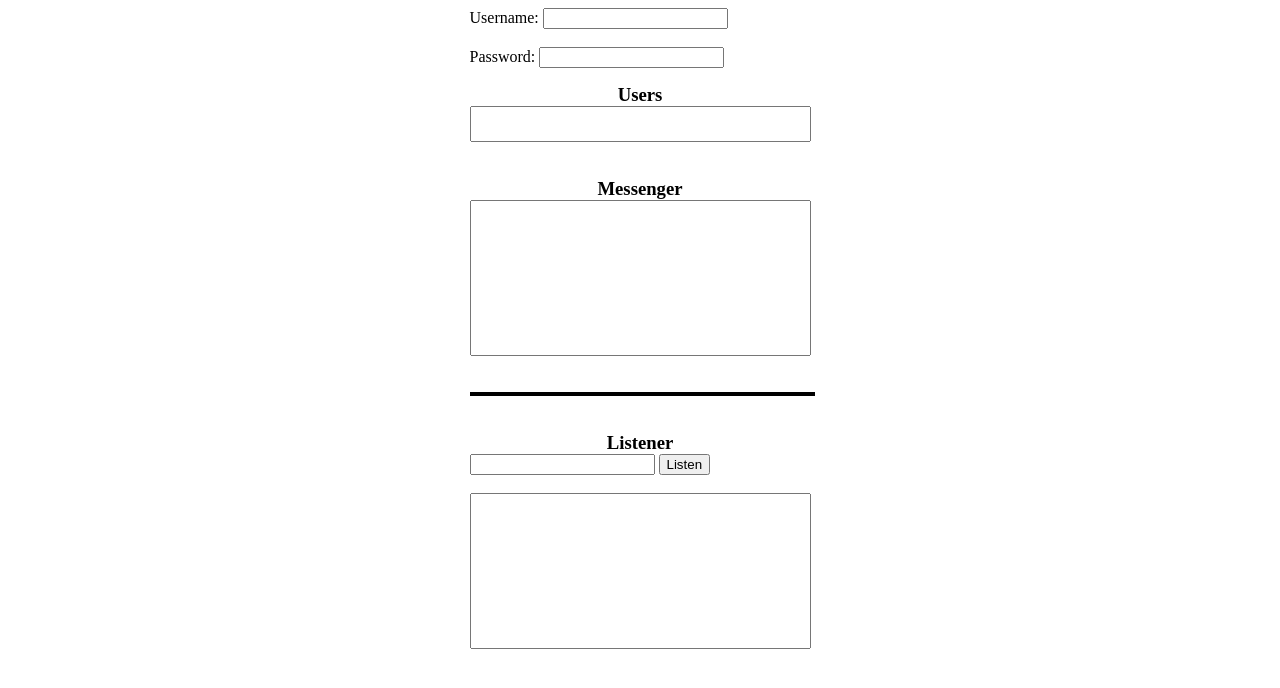
Repository: hosua/it-202
Page: http://localhost/
These files come from the project's save history. The page is drawn as it stood at one moment and after the next save; the edit follows.
The browser window is 1280 px wide. The pictures show the whole page.
Some web libraries are served in a nearby version. The page is run by PHP 8.4 with error messages shown; the project is at /var/www/html/. Queries for data that is not in the repository find no rows.

Above is the page before, as saved 2022-12-03 16:45:57.

After the next save:
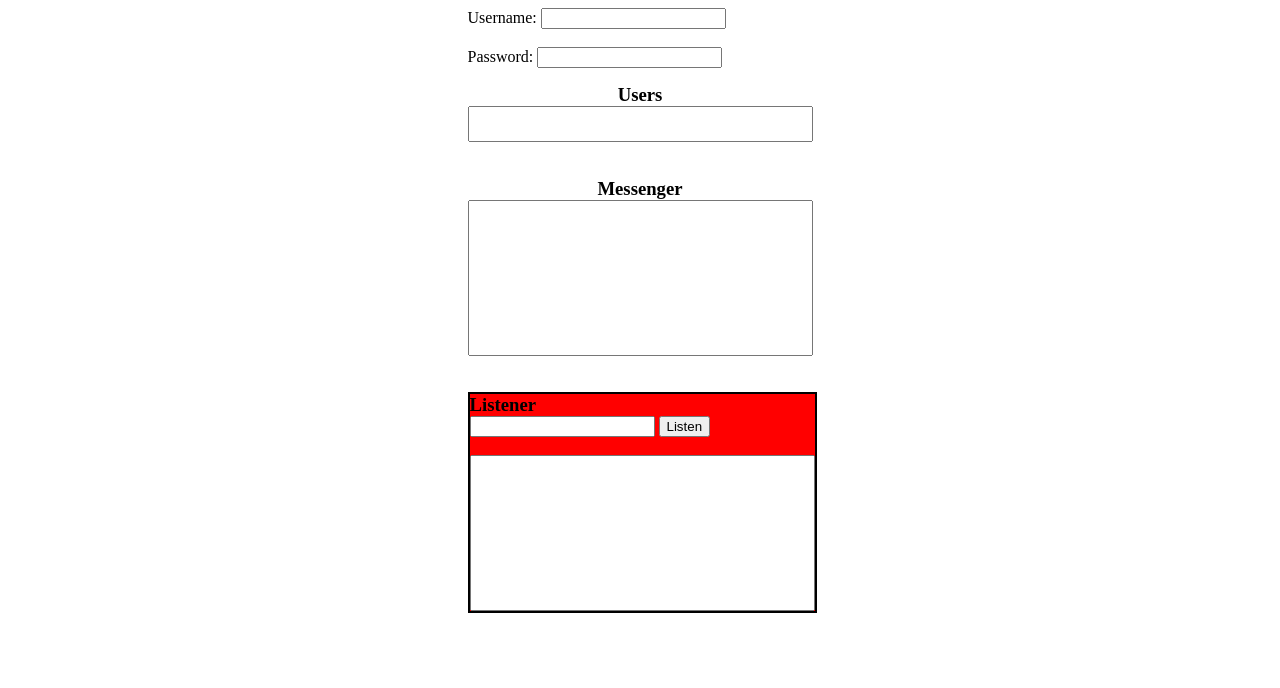
Saved 36 s later.
--- a/assign5/index.php
+++ b/assign5/index.php
@@ -39,9 +39,7 @@
 </textarea>
     <br> <br>
     <span class=warning id=warning>
-<?php
-    // error message here if user fails to login
-?>
+    <!-- error message here if user fails to login ->
     </span>
     <br> <br>
     <!-- Listener -->

After the save that followed:
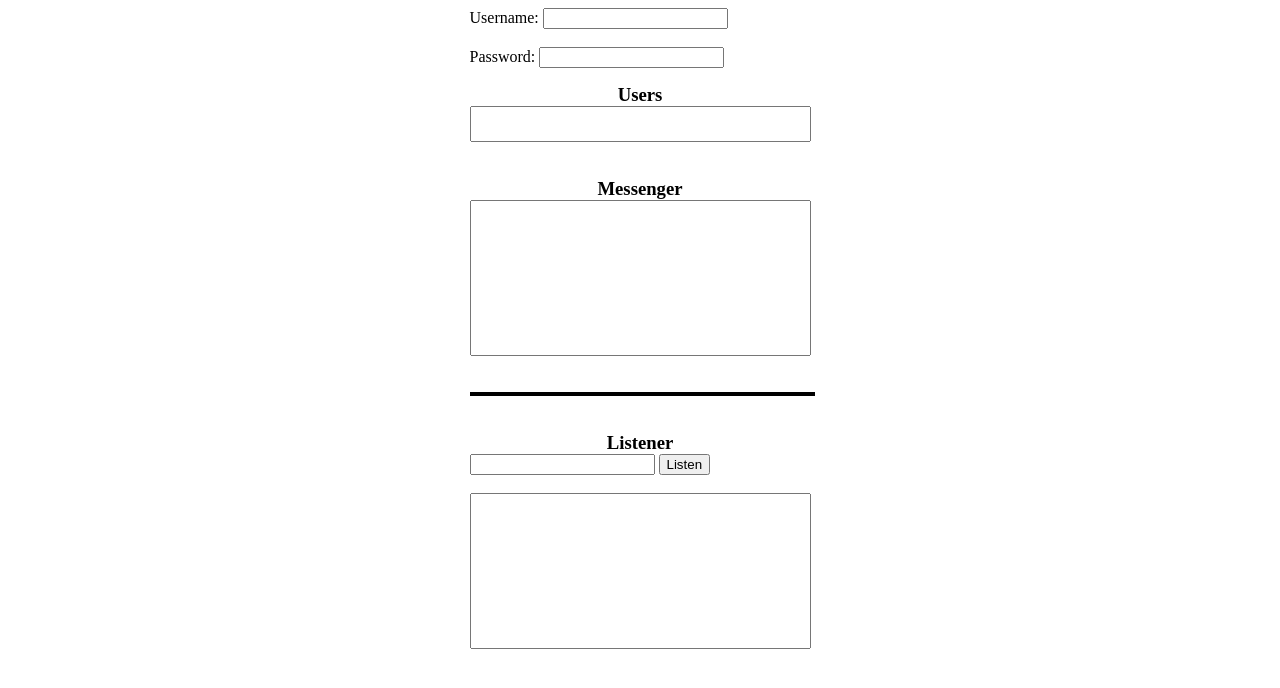
Saved 13 s later.
--- a/assign5/index.php
+++ b/assign5/index.php
@@ -39,7 +39,7 @@
 </textarea>
     <br> <br>
     <span class=warning id=warning>
-    <!-- error message here if user fails to login ->
+    <!-- error message here if user fails to login -->
     </span>
     <br> <br>
     <!-- Listener -->
